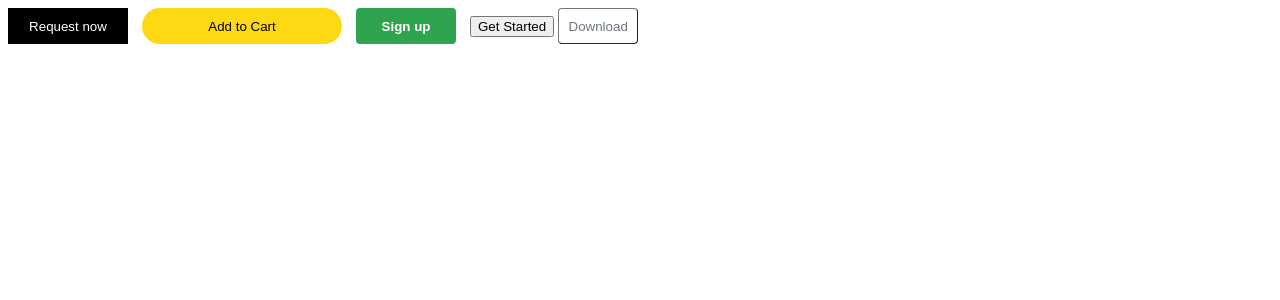
Repository: Kurumilli/Youtube
Page: Exercise2.html
An editor plug-in stored every save of this project. The page is shown before and after the next save, followed by the edit.
The browser window is 1280 px wide. The pictures show the whole page.

Above is the page before, as saved 2025-01-23 20:45:55.

### Exercise2.html
<html>
    <body>
        <style>
            .uber{
                background-color: black;
                color: white;
                height:36px;
                border: none;
                width: 120px;
                margin-bottom: 10px;
                cursor: pointer;
                margin-right: 10px;
            }

            .amazon{
                background-color: rgb(255,216,20);
                height: 36px;
                width: 200px;
                border-radius: 18px;
                border: none;
                cursor: pointer;
                margin-right: 10px;
            }

            .Github{
                background-color: rgb(46,164,79);
                color: White;
                border: none;
                height: 36px;
                width: 100px;
                cursor: pointer;
                border-radius: 4px;
                font-weight: bold;
                margin-right: 10px;
            }

            .2dbootstrap{
                background-color: rgb(121,82,179);
                color: white;
                height: 36px;
                width: 120px;
                border: none;
                cursor: pointer;
                font-weight: bold;
                border-radius: 4px;
            }

            .Bootstrap{
                color: rgb(108,117,125);
                background-color: white;
                height: 36px;
                width: 80px;
                cursor: pointer;
                border-radius: 4px;
                border-width: 1px;
                border-color: rgb(108,117,125);

            }
        </style>

        <button class="uber">
                Request now
        </button>

        <button class="amazon">
            Add to Cart
        </button>

        <button class="Github">
            Sign up
        </button>

        <button class="2dbootstrap">
            Get Started
        </button>


        <button class="Bootstrap">
            Download
        </button>
    </body>
</html>

After the next save:
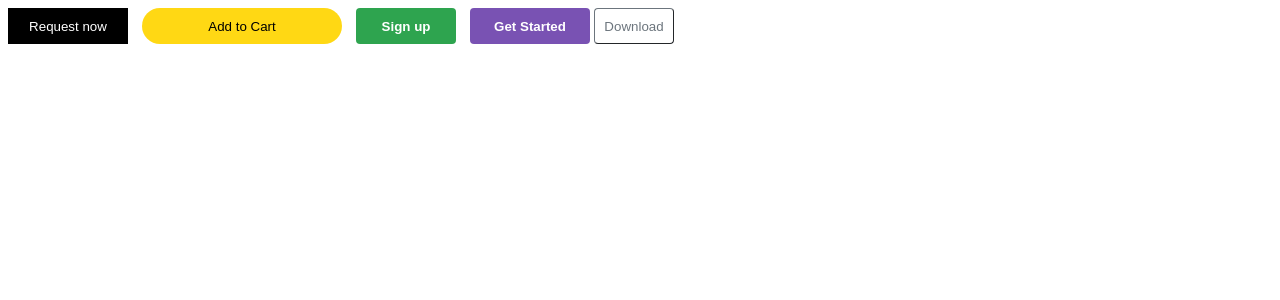
Saved 17 s later.
--- a/Exercise2.html
+++ b/Exercise2.html
@@ -34,7 +34,7 @@
                 margin-right: 10px;
             }
 
-            .2dbootstrap{
+            .bootstrap2d{
                 background-color: rgb(121,82,179);
                 color: white;
                 height: 36px;
@@ -70,7 +70,7 @@
             Sign up
         </button>
 
-        <button class="2dbootstrap">
+        <button class="bootstrap2d">
             Get Started
         </button>
 
